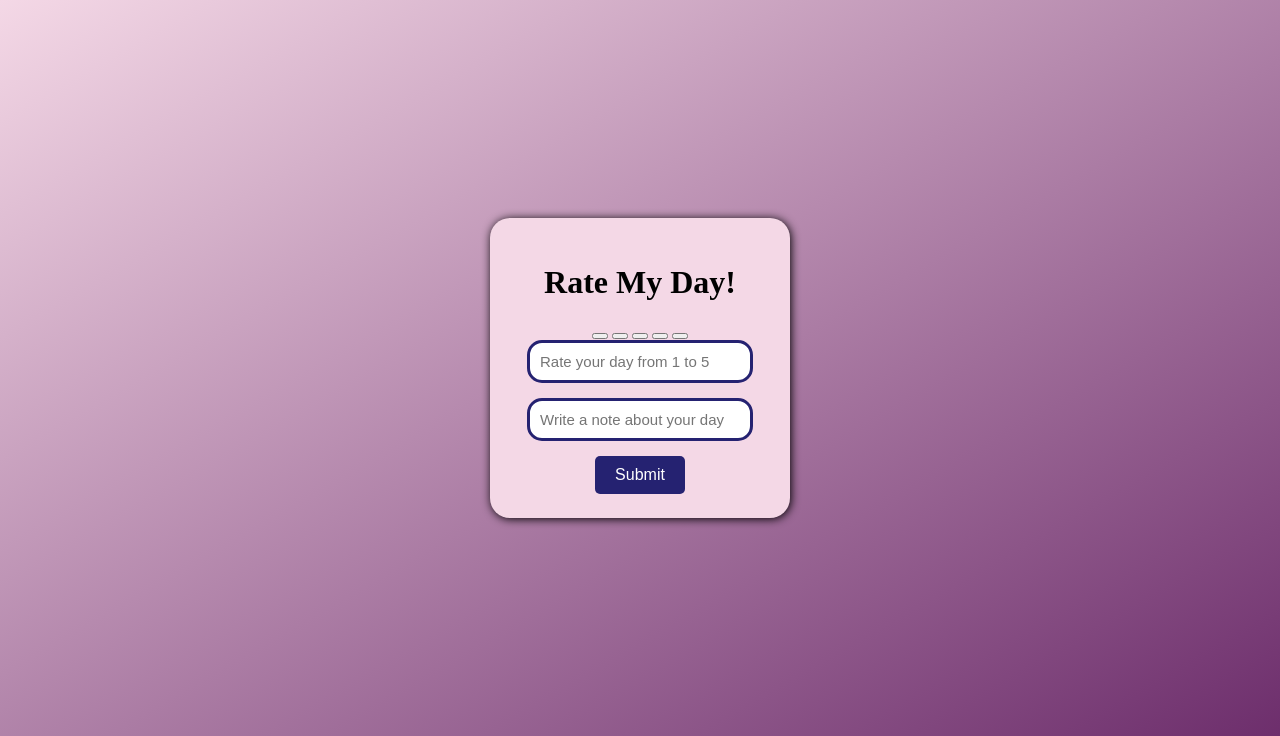
Repository: elenav24/RateMyDay
Page: frontend/index.html
An editor plug-in stored every save of this project. The page is shown before and after the next save, followed by the edit.
The browser window is 1280 px wide. The pictures show the whole page.

Above is the page before, as saved 2025-05-15 12:56:17.

### frontend/index.html
<!DOCTYPE html>

<html lang="en">
    <head>
        <meta charset="utf-8">
        <title>Rate My Day!</title>
        <meta name="description" content="Welcome to Rate My Day!">
        <meta name="viewport" content="width=device-width, initial-scale=1">
        <link rel="stylesheet" href="style.css">
    </head>
    <body>
        <div class="container">
            <h1>Rate My Day!</h1>
                <div class="stars">
                    <button id="star1" data-value="1"></button>
                    <button id="star2" data-value="2"></button>
                    <button id="star3" data-value="3"></button>
                    <button id="star4" data-value="4"></button>
                    <button id="star5" data-value="5"></button>
                </div>
            <input type="text" id="rating" placeholder="Rate your day from 1 to 5">
            <input type="text" id="note" placeholder="Write a note about your day">
            <button id="submit">Submit</button>
        </div>

        <script src="script.js" defer></script>
    </body>
</html>

### frontend/style.css
body {
    display: flex;
    justify-content: center;
    align-items: center;
    height: 100vh;
    background: linear-gradient(to right bottom, #f4d8e6, #6d2e6c);
}

.container {
    display: flex;
    flex-direction: column;
    align-items: center;
    justify-content: center;
    width: 300px;
    height: 300px;
    box-shadow: 1px 1px 10px #000;
    border-radius: 20px;
    background-color: #f4d8e6;
}

#rating, #note {
    border: 3px solid #252271;
    border-radius: 15px;
    width: 200px;
    padding: 10px;
    padding-left: 10px;
    margin-bottom: 15px;
    font-size: 15px;
}

#submit {
    background-color: #252271;
    color: white;
    border: none;
    border-radius: 5px;
    padding: 10px 20px;
    cursor: pointer;
    font-size: 16px;
}

### frontend/script.js
document.addEventListener('DOMContentLoaded', () => {
    const button = document.getElementById('submit');
    const rating = document.getElementById('rating');
    const note = document.getElementById('note');

    button.addEventListener('click', async () => {
        const ratingValue = parseInt(rating.value);
        const noteValue = note.value;

        if (isNaN(ratingValue) || ratingValue < 1 || ratingValue > 5) {
            alert('Please enter a valid rating between 1 and 5.');
            return;
        }

        const payload = {
            rating: ratingValue,
            note: noteValue
        };

        try {
            const response = await fetch('http://localhost:8000/rate', {
                method: 'POST',
                headers: {
                    'Content-Type': 'application/json'
                },
                body: JSON.stringify(payload)

            });

            const data = await response.json();
            alert(data.message);



        } catch (error) {
            console.error('Submission Error:', error);
            alert('An error occurred while submitting your rating.');
        }

        // Clear the input fields after submission
        rating.value = '';
        note.value = '';

    });

});

After the next save:
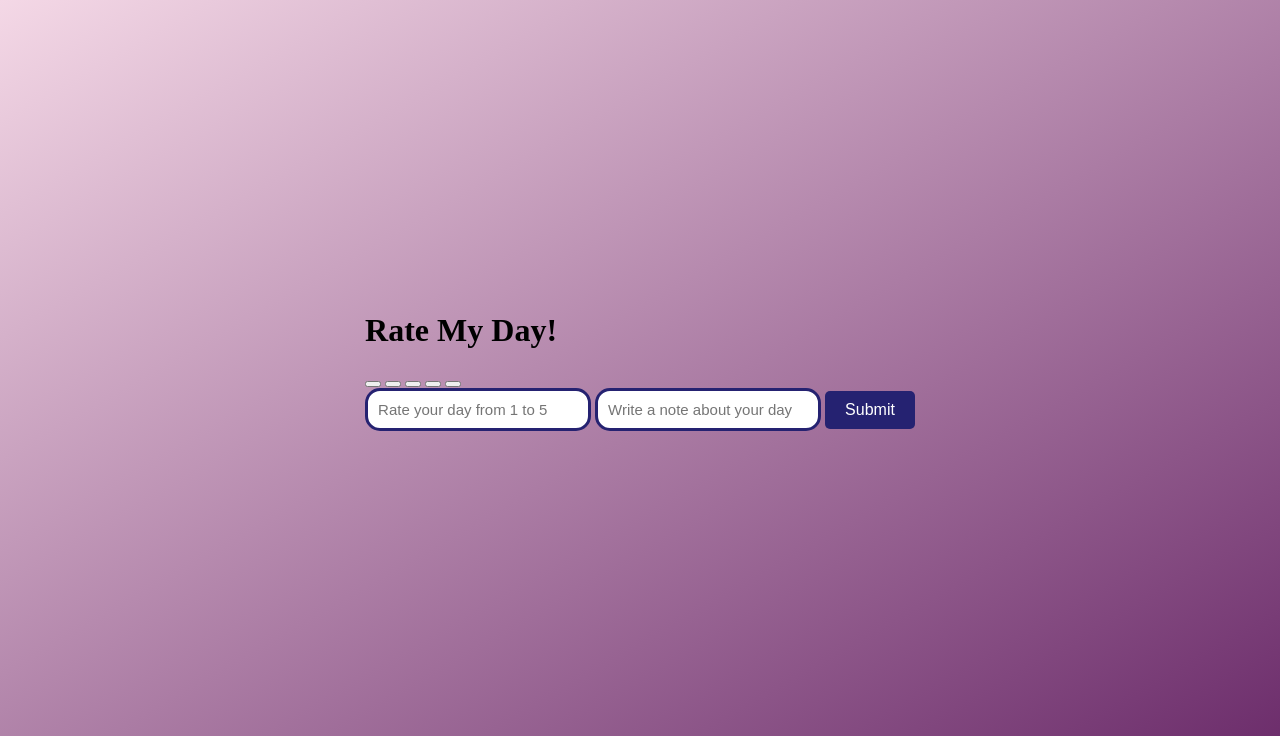
Saved 65 s later.
--- a/frontend/style.css
+++ b/frontend/style.css
@@ -6,7 +6,7 @@ body {
     background: linear-gradient(to right bottom, #f4d8e6, #6d2e6c);
 }
 
-.container {
+.card {
     display: flex;
     flex-direction: column;
     align-items: center;

After the save that followed:
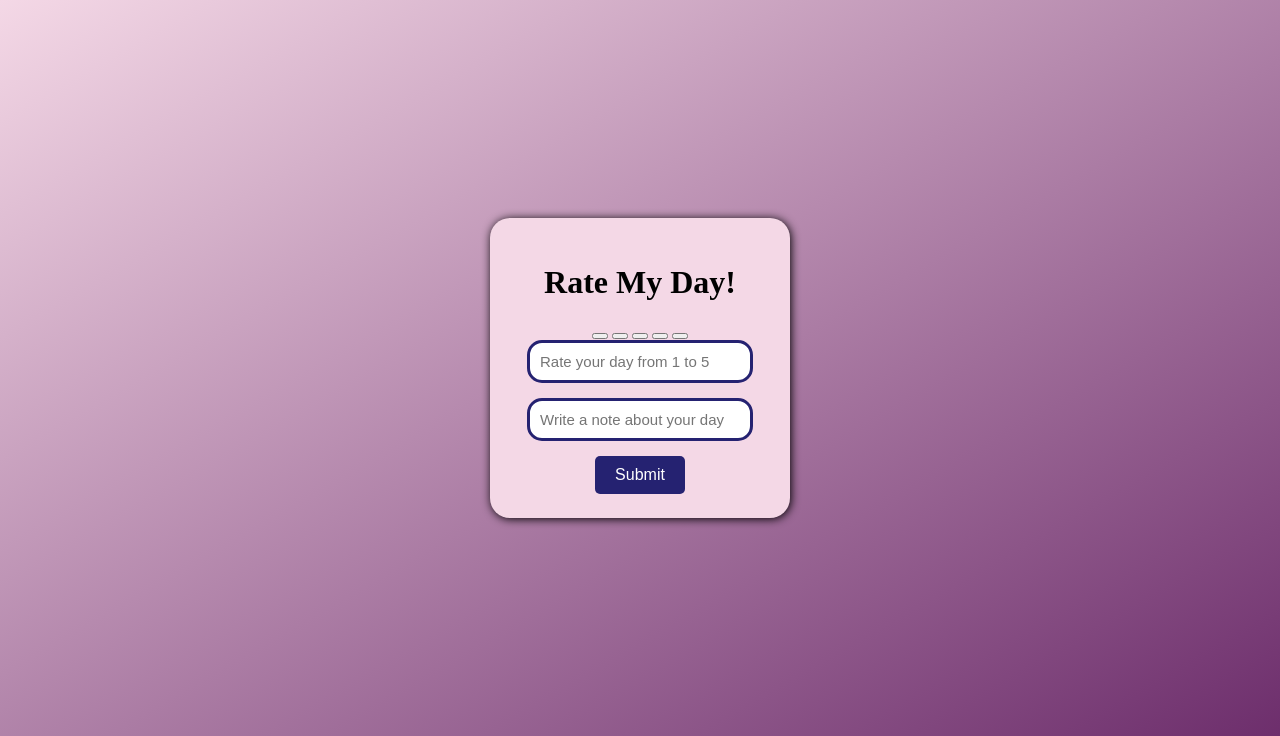
Saved 6 min 47 s later.
--- a/frontend/index.html
+++ b/frontend/index.html
@@ -9,14 +9,14 @@
         <link rel="stylesheet" href="style.css">
     </head>
     <body>
-        <div class="container">
+        <div class="card">
             <h1>Rate My Day!</h1>
                 <div class="stars">
-                    <button id="star1" data-value="1"></button>
-                    <button id="star2" data-value="2"></button>
-                    <button id="star3" data-value="3"></button>
-                    <button id="star4" data-value="4"></button>
-                    <button id="star5" data-value="5"></button>
+                    <button class="star-btn" id="star1" onclick=fillStar() data-value="1"></button>
+                    <button class="star-btn" id="star2" data-value="2"></button>
+                    <button class="star-btn" id="star3" data-value="3"></button>
+                    <button class="star-btn" id="star4" data-value="4"></button>
+                    <button class="star-btn" id="star5" data-value="5"></button>
                 </div>
             <input type="text" id="rating" placeholder="Rate your day from 1 to 5">
             <input type="text" id="note" placeholder="Write a note about your day">
